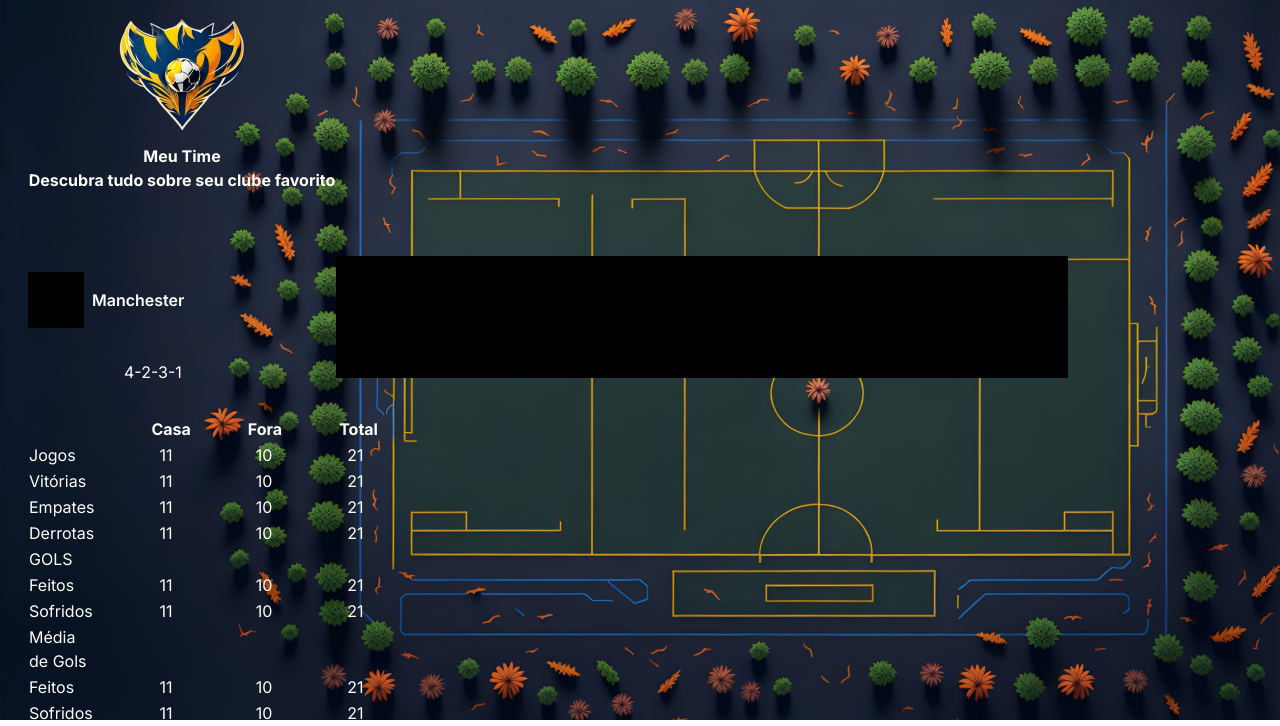
Repository: LuizAGDomingues/MeuTimeApp
Page: /statistics
An editor plug-in stored every save of this project. The page is shown before and after the next save, followed by the edit.
The browser window is 1280 px wide. The pictures show the whole page.
The project was rebuilt for these pictures with package versions that can differ from the ones it lists, and the page was loaded fresh each time. The framework's server and built-in components were replaced by stand-ins that run in the browser. Also part of the build but not shown: next.config.js.

Above is the page before, as saved 2023-05-26 14:17:14.

### src/app/layout.tsx
"use client"

import './globals.css'
import { Inter } from 'next/font/google'
import { QueryClient, QueryClientProvider } from 'react-query'

const inter = Inter({ subsets: ['latin'] })

const queryClient = new QueryClient()

export const metadata = {
  title: 'Trade test - Football API',
  description: 'Test para vaga front-end da Trade Technology',
}

export default function RootLayout({
  children,
}: {
  children: React.ReactNode
}) {
  return (
    <html lang="pt-br">
      <body className={inter.className}>
        <QueryClientProvider client={queryClient}>
          {children}
        </QueryClientProvider>
      </body>
    </html>
  )
}

### src/app/statistics/page.tsx
import React, { useEffect } from 'react'
import { useRouter } from 'next/router';
import logo from '../../assets/logo.png'
import Image from 'next/image'
import { useQuery } from 'react-query';
import { api } from '@/lib/axios';

function page() {
  // const router = useRouter();
  // const { league, seasonYear, team } = router.query;
  // const API_KEY = process.env.NEXT_PUBLIC_API_KEY;
  // const API_HOST = process.env.NEXT_PUBLIC_API_HOST;

  // useEffect(() => {
  //   // Verificar se as informações estão presentes
  //   if (!league || !seasonYear || !team) {
  //     // Redirecionar para outra página ou exibir uma mensagem de erro
  //     router.push('/');
  //   }
  // }, [league, seasonYear, team]);

  // const { data: timeStatisticsData, isLoading: timeStatisticsLoading, error: timeStatisticsError } = useQuery('timeStatistics', () => {
  //   return api.get('teams', {
  //     headers: {
  //       "x-rapidapi-host": API_HOST,
	// 	    "x-rapidapi-key": API_KEY
  //     }, params: {
  //       league: league,
  //       season: seasonYear,
  //       team: team
  //     }
  //   }).then((response) => response.data.response)
  // })

  // const { data: timeSquadData, isLoading: timeSquadLoading, error: timeSquadError } = useQuery('timeSquad', () => {
  //   return api.get('players/squads', {
  //     headers: {
  //       "x-rapidapi-host": API_HOST,
	// 	    "x-rapidapi-key": API_KEY
  //     },
  //     params: {
  //       team: team
  //     }
  //   }).then((response) => response.data.response)
  // })

  return (
    <section className='statisticpage w-full h-screen px-7 pb-20 text-white'>
      <div className='flex flex-col items-center w-[308px]'>
        <Image src={logo} alt='Logo exemplo'/>
        <span className='text-white font-bold text-center'>Meu Time<br/>Descubra tudo sobre seu clube favorito</span>
      </div>

      <div className='flex justify-between'>

        <div className='flex flex-col items-start w-[308px]'>
          <div className='flex items-center gap-2 mt-20'>
            <div className='w-14 h-14 bg-black'></div>
            <span className='font-semibold'>Manchester</span>
          </div>
          <span className='mt-8 ml-24 mb-8'>4-2-3-1</span>

          <table>
            <thead>
              <tr>
                <th></th>
                <th className="text-center pl-14">Casa</th>
                <th className="text-center pl-14">Fora</th>
                <th className="text-center pl-14">Total</th>
              </tr>
            </thead>
            <tbody>
              <tr>
                <td>Jogos</td>
                <td className="pl-16">11</td>
                <td className="pl-16">10</td>
                <td className="pl-16">21</td>
              </tr>
              <tr>
                <td>Vitórias</td>
                <td className="pl-16">11</td>
                <td className="pl-16">10</td>
                <td className="pl-16">21</td>
              </tr>
              <tr>
                <td>Empates</td>
                <td className="pl-16">11</td>
                <td className="pl-16">10</td>
                <td className="pl-16">21</td>
              </tr>
              <tr>
                <td>Derrotas</td>
                <td className="pl-16">11</td>
                <td className="pl-16">10</td>
                <td className="pl-16">21</td>
              </tr>

              <tr>
                <td>GOLS</td>
              </tr>
              <tr>
                <td>Feitos</td>
                <td className="pl-16">11</td>
                <td className="pl-16">10</td>
                <td className="pl-16">21</td>
              </tr>
              <tr>
                <td>Sofridos</td>
                <td className="pl-16">11</td>
                <td className="pl-16">10</td>
                <td className="pl-16">21</td>
              </tr>

              <tr>
                <td>Média de Gols</td>
              </tr>
              <tr>
                <td>Feitos</td>
                <td className="pl-16">11</td>
                <td className="pl-16">10</td>
                <td className="pl-16">21</td>
              </tr>
              <tr>
                <td>Sofridos</td>
                <td className="pl-16">11</td>
                <td className="pl-16">10</td>
                <td className="pl-16">21</td>
              </tr>
            </tbody>
          </table>
        </div>

        <div className='grid grid-cols-10 gap-4 mr-[13.5rem] mt-16'>
          <div className='w-[88px] h-[122px] bg-black'></div>
          <div className='w-[88px] h-[122px] bg-black'></div>
          <div className='w-[88px] h-[122px] bg-black'></div>
          <div className='w-[88px] h-[122px] bg-black'></div>
          <div className='w-[88px] h-[122px] bg-black'></div>
          <div className='w-[88px] h-[122px] bg-black'></div>
          <div className='w-[88px] h-[122px] bg-black'></div>
          <div className='w-[88px] h-[122px] bg-black'></div>
          <div className='w-[88px] h-[122px] bg-black'></div>
          <div className='w-[88px] h-[122px] bg-black'></div>
        </div>
      </div>

    </section>
  )
}

export default page

### src/app/globals.css
@tailwind base;
@tailwind components;
@tailwind utilities;

.landingpage {
  background-image: url('../assets/background.png');
  background-size: cover;
  background-repeat: no-repeat;
}

.statisticpage {
  background-image: url('../assets/statisticsBackground.png');
  background-size: cover;
  background-repeat: no-repeat;
}

Loaded but not shown: tailwind.config.js (common file)

After the next save:
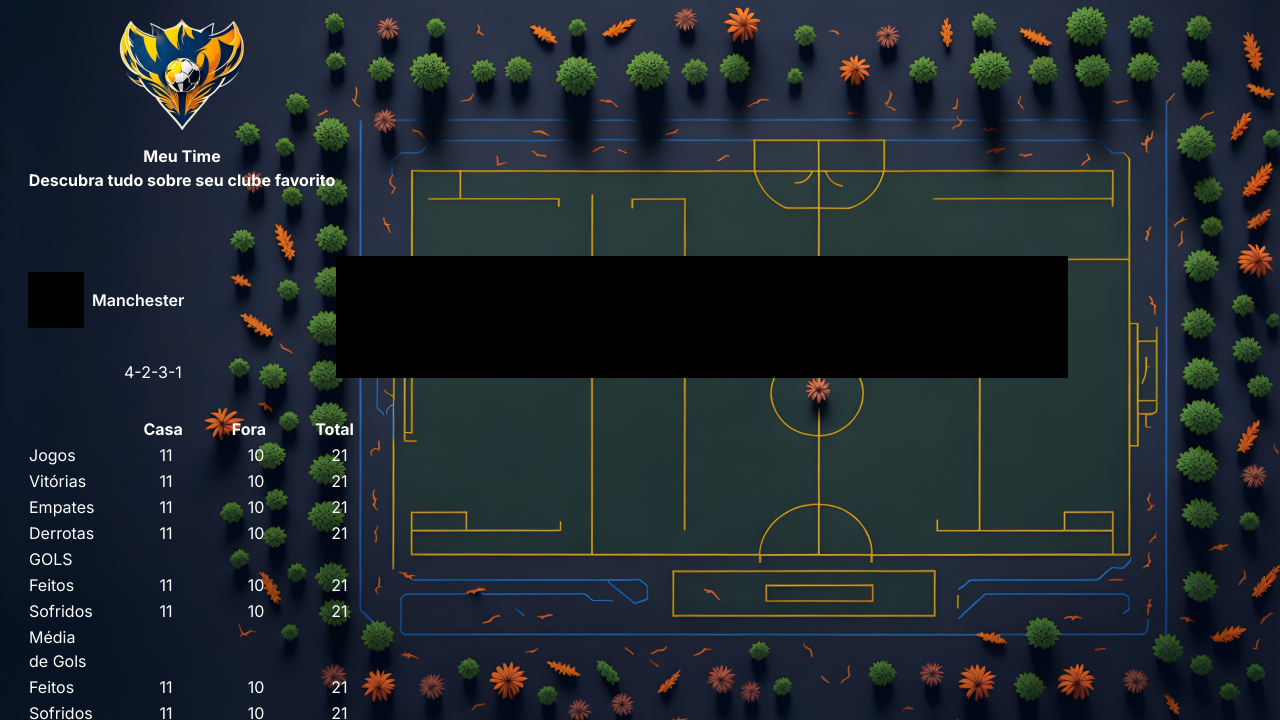
Saved 7 s later.
--- a/src/app/statistics/page.tsx
+++ b/src/app/statistics/page.tsx
@@ -64,9 +64,9 @@ function page() {
             <thead>
               <tr>
                 <th></th>
-                <th className="text-center pl-14">Casa</th>
-                <th className="text-center pl-14">Fora</th>
-                <th className="text-center pl-14">Total</th>
+                <th className="text-center pl-12">Casa</th>
+                <th className="text-center pl-12">Fora</th>
+                <th className="text-center pl-12">Total</th>
               </tr>
             </thead>
             <tbody>
